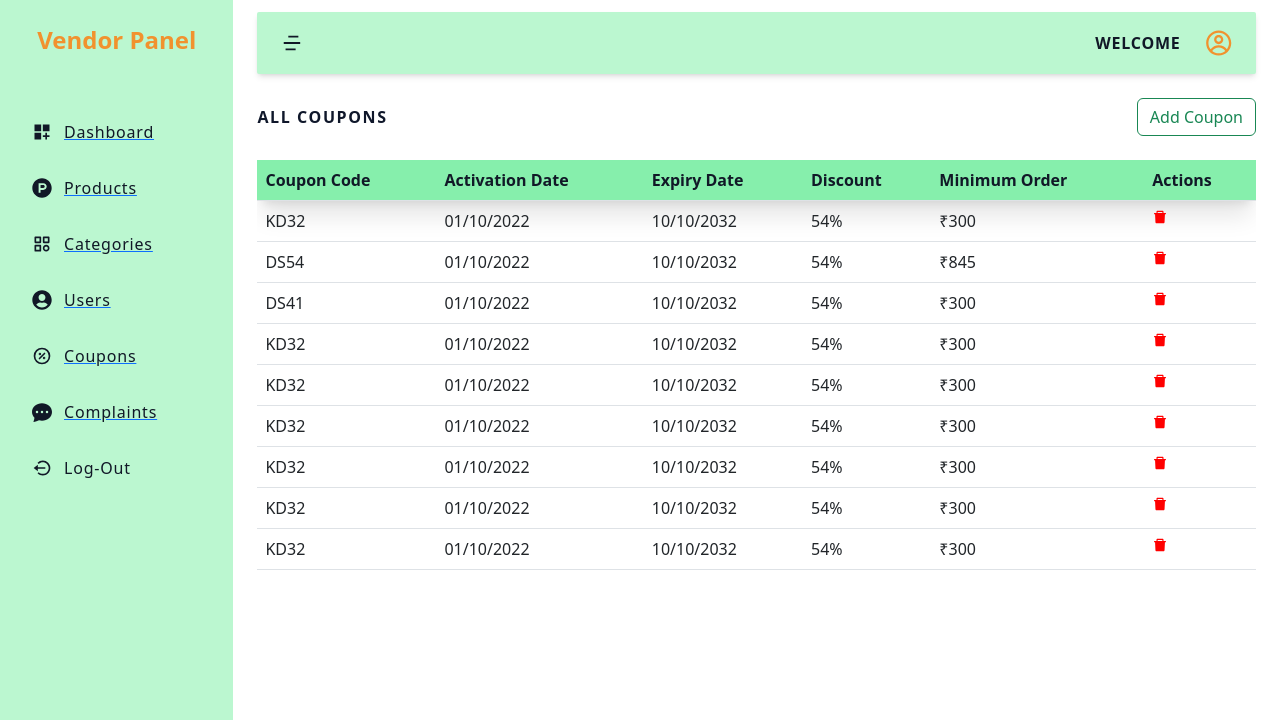
Repository: FlyweisReact/JitenderAdminPanel
Page: /discount
The author's editor kept a copy of each file at every save. The page is drawn from the files as they stood at one save, then again after the next save.
The browser window is 1280 px wide. The pictures show the whole page.
The project was rebuilt for these pictures with package versions that can differ from the ones it lists, and the page was loaded fresh each time. Also part of the build but not shown: src/components/forms/Login.jsx, src/components/pages/Dashboard.jsx, src/components/vendorPanel/components/layout/Navbar.jsx, src/components/vendorPanel/components/layout/Sidebar.jsx, src/components/vendorPanel/components/layout/HOC.jsx, src/components/vendorPanel/components/pages/Message/Message.js, src/Component/Spinner.js, src/components/pages/UserKundli/UserKundli.jsx and 27 more.

Above is the page before, as saved 2022-11-08 14:15:06.

After the next save:
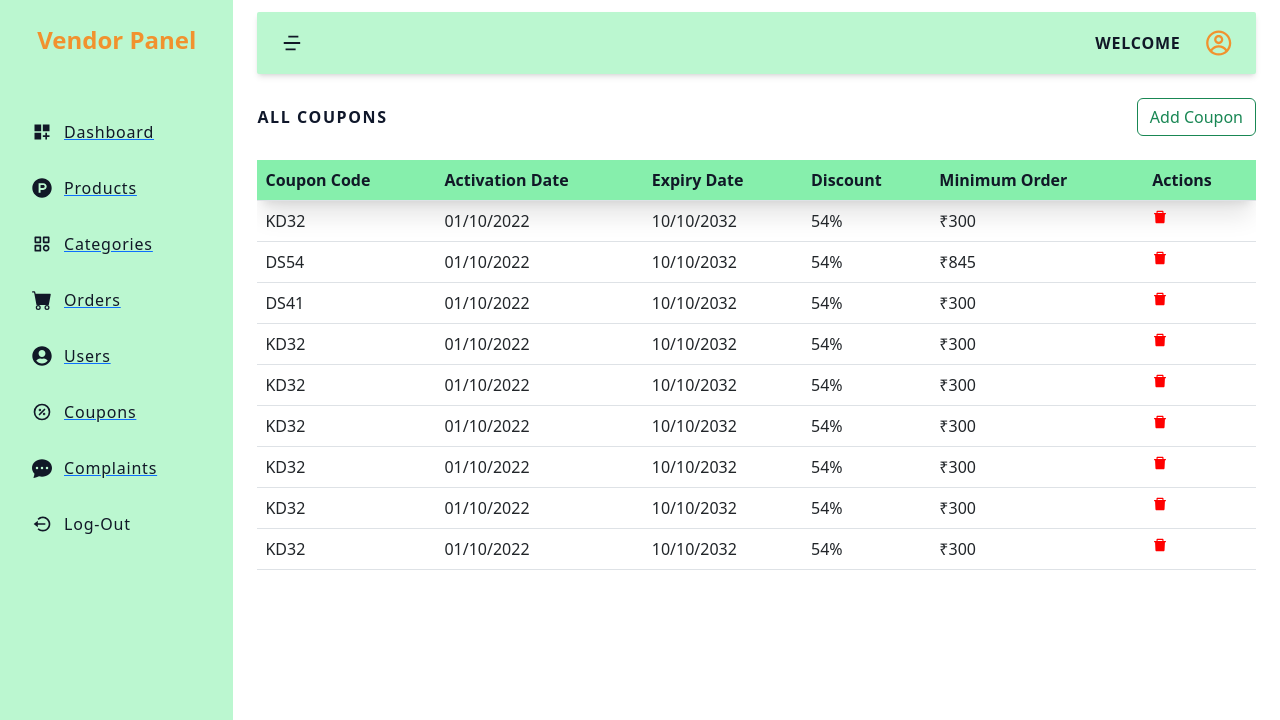
Saved 2 min 18 s later.
--- a/src/components/layout/Sidebar.jsx
+++ b/src/components/layout/Sidebar.jsx
@@ -35,11 +35,11 @@ const Sidebar = ({ hamb, setHamb }) => {
       link: "/userkundli",
       name: "Categories",
     },
-    // {
-    //   icon: <BsFillCartFill className="text-xl mr-3" />,
-    //   link: "/time",
-    //   name: "Orders",
-    // },
+    {
+      icon: <BsFillCartFill className="text-xl mr-3" />,
+      link: "/time",
+      name: "Orders",
+    },
     {
       icon: <FaUserCircle className="text-xl mr-3" />,
       link: "/document",
